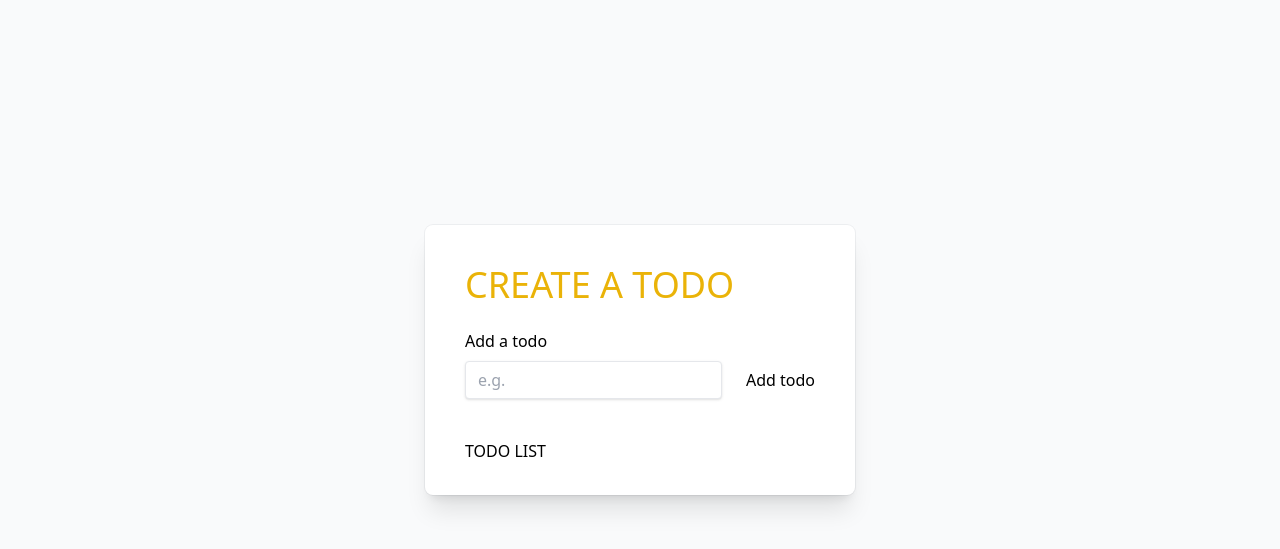
Repository: Kajo-lab/vue-todo
Page: /
These files come from the project's save history. The page is drawn as it stood at one moment and after the next save; the edit follows.
The browser window is 1280 px wide. The pictures show the whole page.
The project was rebuilt for these pictures with package versions that can differ from the ones it lists, and the page was loaded fresh each time. Also part of the build but not shown: vite.config.js, webpack.config.js.

Above is the page before, as saved 2022-07-07 16:53:49.

### src/main.js
import { createApp } from 'vue'
import App from './App.vue'
import "./assets/tailwind.css";

createApp(App).mount('#app')

### src/App.vue
<script setup>
import { ref, onMounted, computed, watch } from 'vue'

const todos = ref([])
const name = ref('')

const input_content = ref('')

const todos_asc = computed(() => todos.value.sort((a,b) =>{
	return a.createdAt - b.createdAt
}))

watch(name, (newVal) => {
	localStorage.setItem('name', newVal)
})

watch(todos, (newVal) => {
	localStorage.setItem('todos', JSON.stringify(newVal))
}, {
	deep: true
})

const addTodo = () => {
  if (input_content.value.trim() === '') {
    return
  }

	todos.value.push({
		content: input_content.value,
		done: false,
		editable: false,
		createdAt: new Date().getTime()
	})
}

const removeTodo = (todo) => {
	todos.value = todos.value.filter((t) => t !== todo)
}

onMounted(() => {
	name.value = localStorage.getItem('name') || ''
	todos.value = JSON.parse(localStorage.getItem('todos')) || []
})
</script>

<template>

<main class="relative flex min-h-screen flex-col justify-center overflow-hidden bg-gray-50 py-6 sm:py-12">
	<div class="relative bg-white px-6 pt-10 pb-8 shadow-xl ring-1 ring-gray-900/5 sm:mx-auto sm:max-w-lg sm:rounded-lg sm:px-10">
		<section class="mb-10">
		<h1 class="text-4xl text-yellow-500 mb-6">CREATE A TODO</h1>
				<h4 class="mb-2">Add a todo</h4>
				<form id="new-todo-form" class="flex gap-6" @submit.prevent="addTodo">
					<input
						class="shadow appearance-none border rounded w-full py-2 px-3 text-gray-700 leading-tight focus:outline-none focus:shadow-outline"
						type="text"
						name="content"
						id="content"
						placeholder="e.g. "
						v-model="input_content" />

					<input type="submit" value="Add todo" />
				</form>
		</section>

		<section>
				<h3>TODO LIST</h3>
				<div id="todo-list">
					<div class="flex gap-6" v-for="todo in todos_asc" :key="`todo-item ${todo.done && 'done'}`">

						<div class="flex gap-6">
							<input
							class="shadow appearance-none border rounded w-full py-2 px-3 text-gray-700 leading-tight focus:outline-none focus:shadow-outline"
							type="text"
							v-model="todo.content" />

							<button class="h-10 w-20 text-white rounded-lg bg-red-500 hover:bg-red-600" @click="removeTodo(todo)">Delete</button>
						</div>
					</div>
				</div>
		</section>
	</div>
</main>

</template>

<style src="./assets/tailwind.css"></style>

Loaded but not shown: src/assets/tailwind.css (common file); tailwind.config.js (common file)

After the next save:
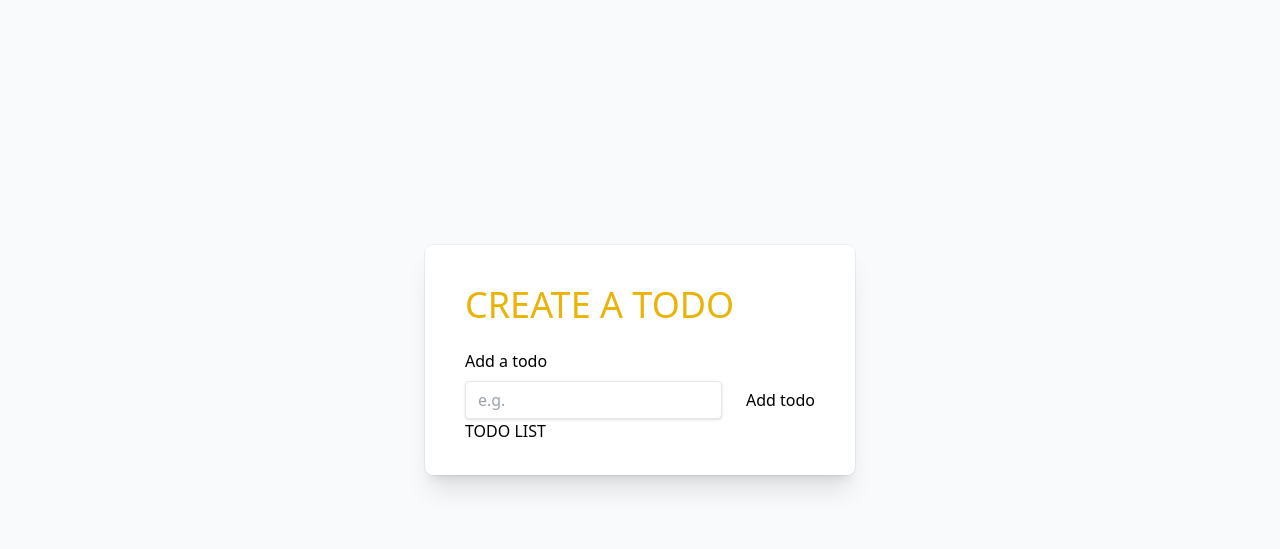
Saved 2 min 2 s later.
--- a/src/App.vue
+++ b/src/App.vue
@@ -47,7 +47,7 @@
 
 <main class="relative flex min-h-screen flex-col justify-center overflow-hidden bg-gray-50 py-6 sm:py-12">
 	<div class="relative bg-white px-6 pt-10 pb-8 shadow-xl ring-1 ring-gray-900/5 sm:mx-auto sm:max-w-lg sm:rounded-lg sm:px-10">
-		<section class="mb-10">
+		<section>
 		<h1 class="text-4xl text-yellow-500 mb-6">CREATE A TODO</h1>
 				<h4 class="mb-2">Add a todo</h4>
 				<form id="new-todo-form" class="flex gap-6" @submit.prevent="addTodo">

After the 5 saves that followed:
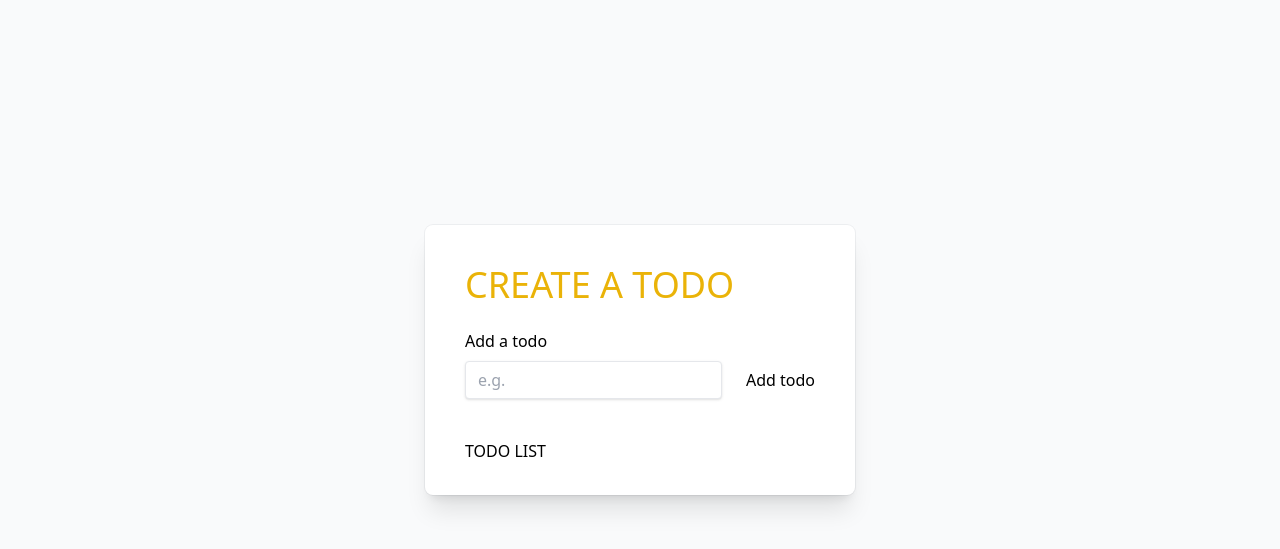
The 5 saves are shown as one change because 4 left the picture as it was.
The last was saved 10 min 29 s later.
--- a/src/App.vue
+++ b/src/App.vue
@@ -47,7 +47,7 @@
 
 <main class="relative flex min-h-screen flex-col justify-center overflow-hidden bg-gray-50 py-6 sm:py-12">
 	<div class="relative bg-white px-6 pt-10 pb-8 shadow-xl ring-1 ring-gray-900/5 sm:mx-auto sm:max-w-lg sm:rounded-lg sm:px-10">
-		<section>
+		<section class="mb-10">
 		<h1 class="text-4xl text-yellow-500 mb-6">CREATE A TODO</h1>
 				<h4 class="mb-2">Add a todo</h4>
 				<form id="new-todo-form" class="flex gap-6" @submit.prevent="addTodo">
